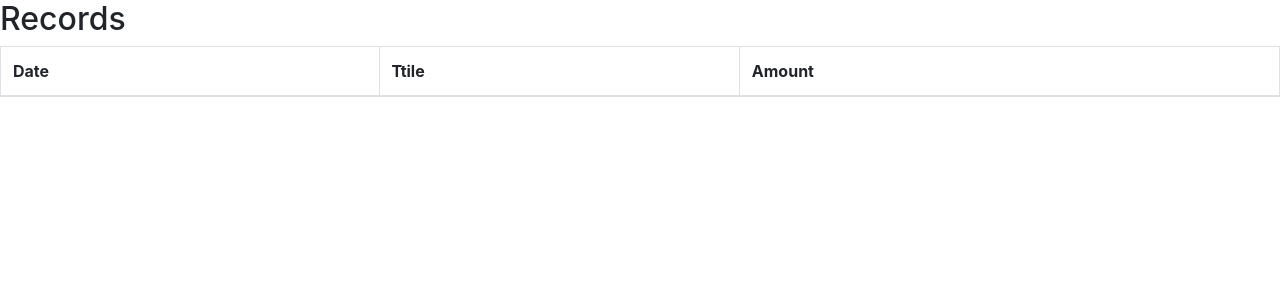
Repository: wjszydygns/accouts
Page: /
These files come from the project's save history. The page is drawn as it stood at one moment and after the next save; the edit follows.
The browser window is 1280 px wide. The pictures show the whole page.
The page's requests for data from a server got no answer. The project was rebuilt for these pictures with package versions that can differ from the ones it lists, and the page was loaded fresh each time. No one was signed in, and anything a server would have sent is missing. Also part of the build but not shown: src/components/record.jsx.

Above is the page before, as saved 2018-11-30 14:58:12.

After the next save:
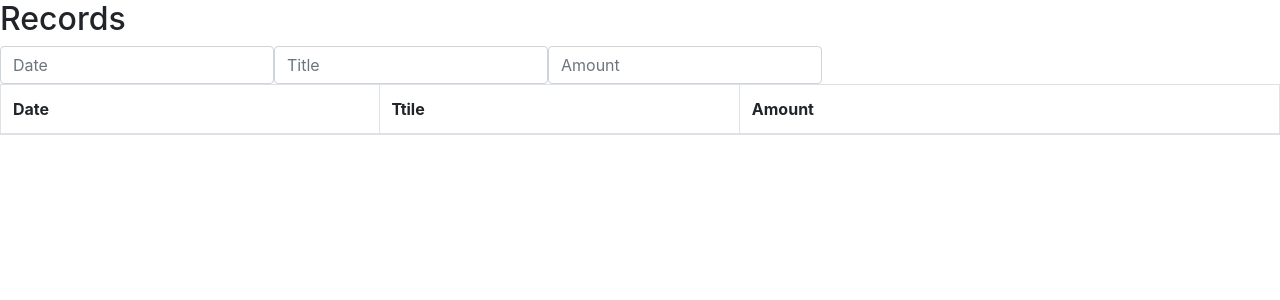
Saved 76 s later.
--- a/src/components/records.jsx
+++ b/src/components/records.jsx
@@ -66,6 +66,7 @@ class RecordList extends Component {
         return (
           <div >
             <h2>Records</h2>
+             <RecordForm></RecordForm>
             <table className="table table-bordered">
               <thead>
                 <tr>
